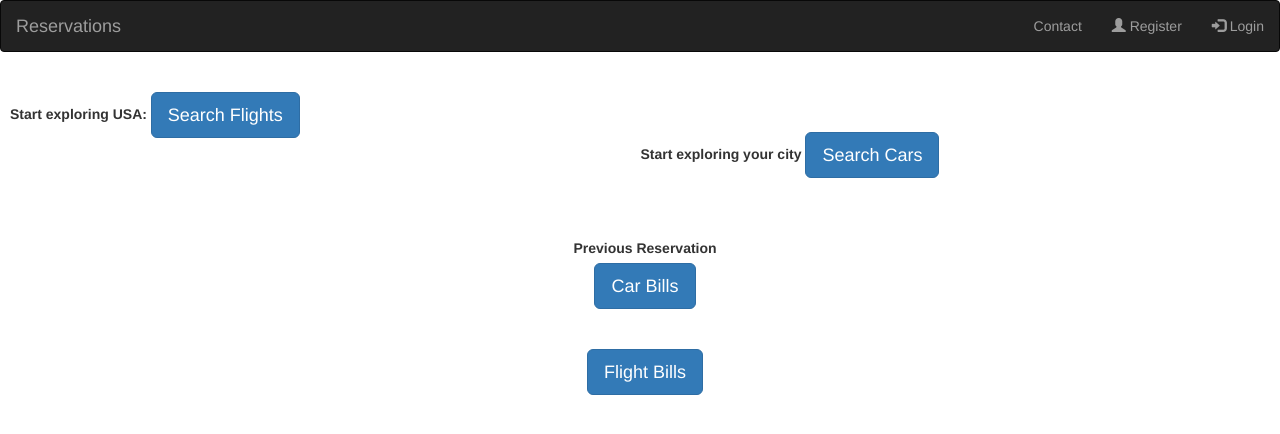
Repository: svnsiva/final-project
Page: http://localhost/flights-car-reservation/WEB-INF/pages/account.jsp
An editor plug-in stored every save of this project. The page is shown before and after the next save, followed by the edit.
The browser window is 1280 px wide. The pictures show the whole page.
Some web libraries are served in a nearby version. The page is served by Tomcat 9. Nobody is signed in. Other server files are loaded and not shown. The template is opened directly, without the code that normally fills it, so the values that code supplies are empty.

Above is the page before, as saved 2017-08-06 00:08:29.

### flights-car-reservation/src/main/webapp/WEB-INF/pages/account.jsp
<%@ page language="java" contentType="text/html; charset=ISO-8859-1"
    pageEncoding="ISO-8859-1"%>
    <%@taglib uri="http://java.sun.com/jsp/jstl/core" prefix="c"%>
<%@taglib uri="http://www.springframework.org/tags/form" prefix="form" %>
<%@taglib uri="http://www.springframework.org/tags" prefix="spring" %>
<!DOCTYPE html PUBLIC "-//W3C//DTD HTML 4.01 Transitional//EN" "http://www.w3.org/TR/html4/loose.dtd">
<html>
<head>
<meta http-equiv="Content-Type" content="text/html; charset=ISO-8859-1">
<title>Insert title here</title>
  <link rel="stylesheet" href="https://maxcdn.bootstrapcdn.com/bootstrap/3.3.7/css/bootstrap.min.css">
  <script src="https://ajax.googleapis.com/ajax/libs/jquery/3.2.1/jquery.min.js"></script>
  <script src="https://maxcdn.bootstrapcdn.com/bootstrap/3.3.7/js/bootstrap.min.js"></script>
</head>
<body>

<style>
body{
/* background:url("http://kennethsurat.com/wp-content/uploads/2014/12/EXPLORE-DREAM-DISCOVER.jpg"); */
background-repeat:no-repeat;
background-size:cover;
}
.cen{

float:left;

}

</style>
<nav class="navbar navbar-inverse">
  <div class="container-fluid">
    <div class="navbar-header">
      <a class="navbar-brand">Reservations</a>
    </div>

    <ul class="nav navbar-nav navbar-right">
    	 <li><a href="${pageContext.request.contextPath}/contact">Contact</a></li>
      <li><a href="${pageContext.request.contextPath}/register"><span class="glyphicon glyphicon-user"></span> Register</a></li>
   <li><a href="${pageContext.request.contextPath}/login"><span class="glyphicon glyphicon-log-in"></span> Login</a></li>
    </ul>
  </div>
</nav>

 <div class="media">
    <div class="media-left">
     <!--  <img style="margin-left: 50px;" src="https://www.citizenpass.io/themes/citizen-pass/img/process-login.png" class="media-object" > -->
    </div>
    <div class="media-body text-center">
      <div><br>
      <div>
    <form class="form" action="${pageContext.request.contextPath}/search" method="get">
   <div class="cen">
    <label for="name">Start exploring USA:</label>

	<button type="submit" class="btn btn-primary btn-lg">Search Flights</button>
	</div>
	</form>
	</div>

   <br><br>
   <form class="form" action="${pageContext.request.contextPath}/cars" method="get">
	<div>
    <label for="name">Start exploring your city</label>
	<button type="submit" class="btn btn-primary btn-lg">Search Cars</button>
	</div></form>
	<br><br><br>
    <div>
    <label for="name">Previous Reservation</label>
    <form class="form-horizontal" action="${pageContext.request.contextPath}/carbills" method="get">

	<button type="submit" class="btn btn-primary btn-lg">Car Bills</button>

	</form>
	<br><br>
	<form class="form-horizontal" action="${pageContext.request.contextPath}/flightbills" method="get">

	<button type="submit" class="btn btn-primary btn-lg">Flight Bills</button>

	</form>
	</div>
      </div>
    </div>
    </div>
  </div>

</body>
</html>

After the next save:
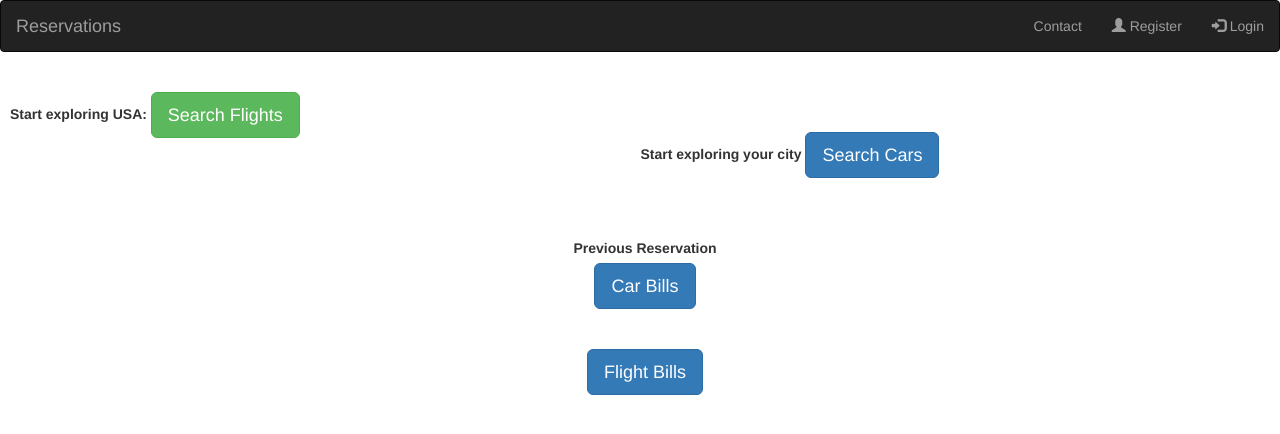
Saved 11 s later.
--- a/flights-car-reservation/src/main/webapp/WEB-INF/pages/account.jsp
+++ b/flights-car-reservation/src/main/webapp/WEB-INF/pages/account.jsp
@@ -52,7 +52,7 @@ float:left;
    <div class="cen">
     <label for="name">Start exploring USA:</label>
 
-	<button type="submit" class="btn btn-primary btn-lg">Search Flights</button>
+	<button type="submit" class="btn btn-success btn-lg">Search Flights</button>
 	</div>
 	</form>
 	</div>
